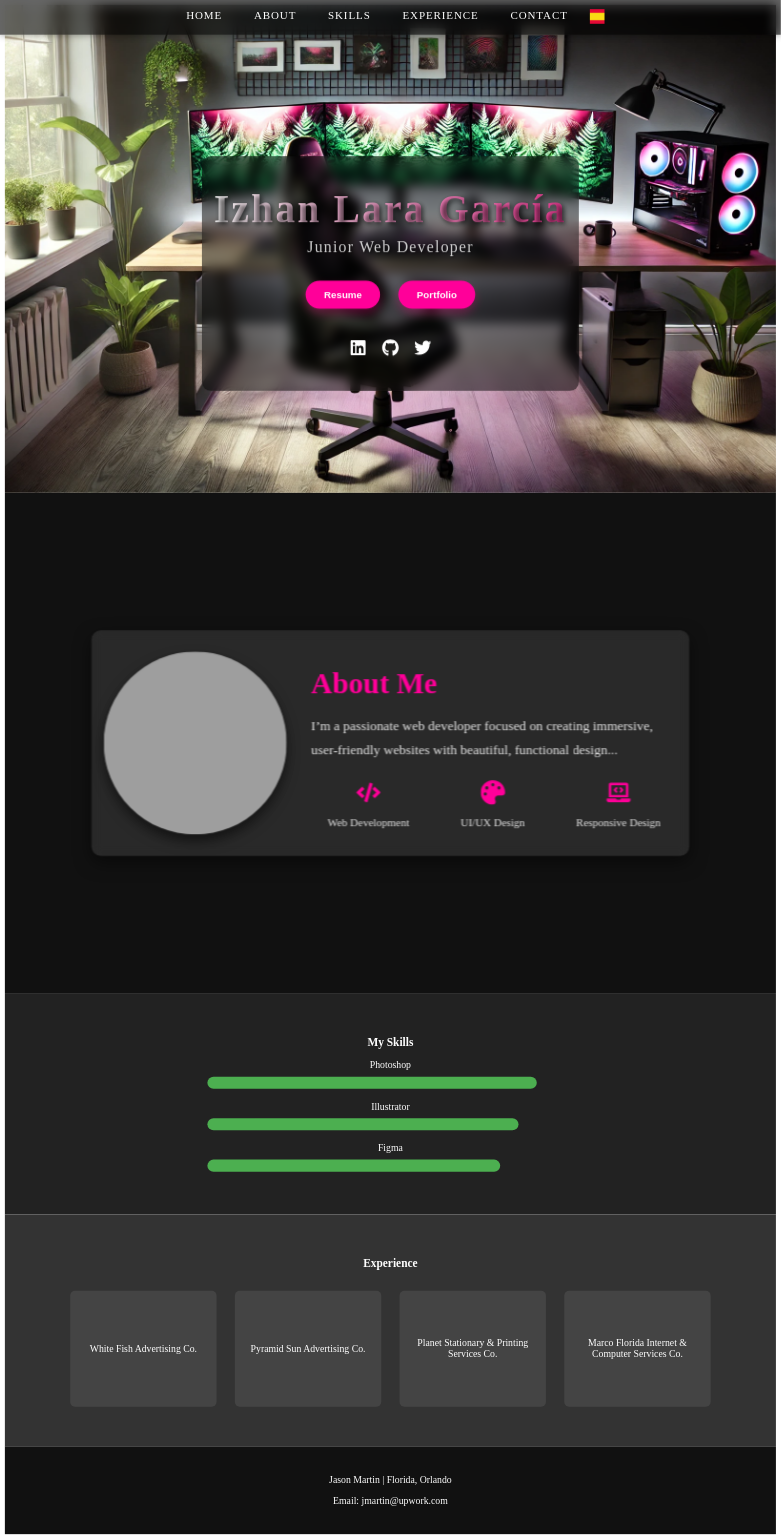
Repository: izhanlaraagarcia/izhanlaraagarcia.github.io
Page: / (app in vite-project/)
These files come from the project's save history. The page is drawn as it stood at one moment and after the next save; the edit follows.
The browser window is 1280 px wide. The pictures show the whole page, at 61% of full size.
Pictures or frames that could not be fetched are drawn as grey boxes. The project was rebuilt for these pictures with package versions that can differ from the ones it lists, and the page was loaded fresh each time. Also part of the build but not shown: vite-project/vite.config.js.

Above is the page before, as saved 2024-09-17 21:39:09.

### vite-project/index.html
<!doctype html>
<html lang="en">

<head>
  <meta charset="UTF-8" />
  <link rel="shortcut icon" href="./public/favicon.ico" type="image/x-icon">
  <meta name="viewport" content="width=device-width, initial-scale=1.0" />
  <title>IzzyLG</title>
</head>

<body>
  <div id="root"></div>
  <script type="module" src="/src/main.jsx"></script>
</body>

</html>

### vite-project/src/App.jsx
// App.js
import React from 'react';
import HeaderComponent from './components/HeaderComponent';
import AboutComponent from './components/AboutComponent';
import SkillsComponent from './components/SkillsComponent';
import ExperienceComponent from './components/ExperienceComponent';
import FooterComponent from './components/FooterComponent';
import { Link } from 'react-scroll';

function App() {
  return (
    <div className="App">
      {/* Menú de navegación fijo */}
      <HeaderComponent />
      <AboutComponent />
      <SkillsComponent />
      <ExperienceComponent />
      <FooterComponent />
    </div>
  );
}

export default App;

### vite-project/src/index.css
/* Estilos para el menú de navegación minimalista */
.nav {
  position: fixed;
  top: 0;
  width: 100%;
  background-color: rgba(0, 0, 0, 0.6); /* Fondo semitransparente */
  z-index: 1000;
  display: flex;
  justify-content: center;
  padding: 15px 0; /* Aumenta el padding para mayor espacio */
  box-shadow: 0 2px 10px rgba(0, 0, 0, 0.3); /* Sombra para mayor profundidad */
  backdrop-filter: blur(10px); /* Desenfoque de fondo */
  transition: background-color 0.3s ease; /* Transición para el fondo */
}

/* Lista de navegación */
.nav-list {
  display: flex;
  gap: 20px; /* Espacio entre los elementos */
  list-style: none;
  margin: 0;
  padding: 0;
}

/* Elementos del menú */
.nav-list li {
  font-size: 18px;
  text-transform: uppercase;
  font-weight: 500;
  letter-spacing: 1.5px;
}

/* Enlaces del menú */
.nav-list a {
  color: white;
  text-decoration: none;
  padding: 8px 16px;
  border-radius: 25px; /* Bordes redondeados */
  transition: background-color 0.3s, color 0.3s, transform 0.3s; /* Transiciones suaves */
  position: relative;
}

/* Efecto hover minimalista */
.nav-list a:hover {
  background-color: #f09; /* Color de fondo al pasar el ratón */
  color: white;
  transform: translateY(-3px); /* Movimiento sutil al hacer hover */
  box-shadow: 0 5px 15px rgba(240, 9, 123, 0.4); /* Sombra al hacer hover */
}

/* Botón de cambio de idioma minimalista */
.lang-btn-wrapper {
  display: flex;
  align-items: center;
}

.lang-btn {
  background-color: transparent;
  border: none;
  cursor: pointer;
  padding: 0;
}

.flag-icon {
  width: 24px;
  height: 24px;
  transition: transform 0.3s, opacity 0.3s;
}

.lang-btn:hover .flag-icon {
  transform: scale(1.1);
  opacity: 0.8;
}

/* Efecto de aparición al hacer scroll */
.nav.scrolled {
  background-color: rgba(0, 0, 0, 0.9); /* Color más oscuro al hacer scroll */
  box-shadow: 0 4px 15px rgba(0, 0, 0, 0.5); /* Mayor sombra al hacer scroll */
}

/* Contenido principal del header */
.header {
  height: 100vh;
  background-image: url('./assets/fondo1.webp');
  background-size: cover;
  background-position: center;
  display: flex;
  flex-direction: column;
  align-items: center;
  justify-content: center;
  color: white;
  position: relative;
  padding-top: 80px; /* Deja espacio para el menú fijo */
}
/* Contenido principal del header */
.header-content {
  backdrop-filter: blur(10px); /* Ajusta el valor del desenfoque */
  background-color: rgba(0, 0, 0, 0.5); /* Color de fondo con transparencia */
  padding: 20px;
  border-radius: 15px; /* Opcional: bordes redondeados */
  text-align: center;
  padding: 50px 20px;
}

.header-title {
  font-size: 64px;
  margin: 0;
  font-weight: 800;
  letter-spacing: 4px;
  text-shadow: 3px 3px 8px rgba(0, 0, 0, 0.7);
  color: #fff;
  background: linear-gradient(90deg, #ffffff, #fa3c9b);
  -webkit-background-clip: text;
  -webkit-text-fill-color: transparent;
}

.header-subtitle {
  font-size: 26px;
  margin-top: 10px;
  font-weight: 400;
  letter-spacing: 2px;
  color: rgba(255, 255, 255, 0.8);
  text-shadow: 2px 2px 4px rgba(0, 0, 0, 0.5);
}


.contact-btn:hover {
  background-color: #ff6bcb;
  transform: scale(1.05);
}

/* Botones del portafolio */
.header-buttons {
  margin-top: 40px;
}

.btn {
  background-color: #f09;
  color: white;
  padding: 14px 30px;
  border: none;
  cursor: pointer;
  margin: 0 15px;
  border-radius: 50px;
  font-size: 16px;
  font-weight: 600;
  transition: background-color 0.4s, transform 0.4s, box-shadow 0.3s;
  box-shadow: 0 8px 15px rgba(240, 9, 123, 0.3);
}

.btn:hover {
  background-color: #fff;
  color: #f09;
  transform: scale(1.05);
  box-shadow: 0 12px 20px rgba(240, 9, 123, 0.5);
}

/* Redes sociales minimalistas */
.social-icons {
  margin-top: 50px;
  display: flex;
  justify-content: center;
  gap: 25px;
}

.social-icons a {
  font-size: 28px;
  color: white;
  transition: color 0.4s, transform 0.3s;
}

.social-icons a:hover {
  color: #f09;
  transform: translateY(-5px);
}


/* About */
/* About */
.about {
  display: flex;
  justify-content: center;
  align-items: center;
  padding: 50px;
  background-color: #111; /* Fondo oscuro */
  color: white;
  min-height: 100vh;
  position: relative;
}

.about-content {
  display: flex;
  align-items: center;
  gap: 40px;
  padding: 20px;
  border-radius: 15px; /* Bordes redondeados */
  box-shadow: 0px 10px 30px rgba(0, 0, 0, 0.5); /* Sombra del contenedor */
  background: rgba(255, 255, 255, 0.1); /* Fondo translúcido */
  backdrop-filter: blur(10px); /* Efecto de desenfoque */
}

.profile-image {
  width: 300px;
  height: 300px;
  border-radius: 50%;
  box-shadow: 0 10px 20px rgba(0, 0, 0, 0.5); /* Sombra alrededor de la imagen */
  cursor: pointer;
  transition: transform 0.3s ease, box-shadow 0.3s ease;
}

.about-text {
  max-width: 600px;
  text-align: left;
}

.about-text h2 {
  font-size: 48px;
  font-weight: 900;
  margin-bottom: 20px;
  color: #f09;
}

.about-text p {
  font-size: 22px;
  line-height: 1.8;
  color: rgba(255, 255, 255, 0.9);
}

.about-icons {
  display: flex;
  justify-content: space-around;
  margin-top: 30px;
  gap: 30px;
}

.about-icons div {
  text-align: center;
  color: white;
}

.about-icons p {
  font-size: 18px;
  margin-top: 10px;
}

/* Hover en la imagen de perfil */
.profile-image:hover {
  transform: scale(1.1);
  box-shadow: 0 15px 25px rgba(0, 0, 0, 0.7);
}


/* Skills */
.skills {
  background-color: #222;
  color: white;
  text-align: center;
  padding: 50px 20px;
}

.skill-bars {
  display: flex;
  flex-direction: column;
  align-items: center;
}

.skill {
  margin-bottom: 20px;
  width: 80%;
  max-width: 600px;
}

.skill .bar {
  height: 20px;
  background-color: #4caf50;
  border-radius: 10px;
  margin-top: 10px;
  transition: width 0.5s ease-in-out;
}


/* Experience */
.experience {
  background-color: #333;
  color: white;
  text-align: center;
  padding: 50px 20px;
}

.experience-cards {
  display: flex;
  justify-content: center;
  flex-wrap: wrap;
}

.card {
  background-color: #444;
  margin: 15px;
  padding: 20px;
  border-radius: 8px;
  width: 200px;
  height: 150px;
  display: flex;
  align-items: center;
  justify-content: center;
  transition: transform 0.3s;
}

/* Footer */
.footer {
  background-color: #111;
  color: white;
  text-align: center;
  padding: 30px 0;
}

### vite-project/src/components/HeaderComponent.jsx
import React, { useState } from 'react';
import { motion } from 'framer-motion';
import { Link } from 'react-scroll';
import { FaLinkedin, FaGithub, FaTwitter } from 'react-icons/fa';
import USFlag from '../assets/us-flag.png';  // Ruta de la bandera de EE. UU.
import ESFlag from '../assets/es-flag.png';  // Ruta de la bandera de España

const HeaderComponent = () => {
  const [language, setLanguage] = useState('en');

  const translations = {
    en: {
      name: "Izhan Lara García",
      title: "Junior Web Developer",
      resume: "Resume",
      portfolio: "Portfolio",
      menu: {
        home: "Home",
        about: "About",
        skills: "Skills",
        experience: "Experience",
        contact: "Contact",
      },
    },
    es: {
      name: "Izhan Lara García",
      title: "Desarrollador Web Junior",
      resume: "Currículum",
      portfolio: "Portafolio",
      menu: {
        home: "Inicio",
        about: "Sobre mí",
        skills: "Habilidades",
        experience: "Experiencia",
        contact: "Contacto",
      },
    },
  };

  const toggleLanguage = () => {
    setLanguage((prevLang) => (prevLang === 'en' ? 'es' : 'en'));
  };

  // Cambiar el color del menú al hacer scroll
window.addEventListener('scroll', function() {
  const nav = document.querySelector('.nav');
  if (window.scrollY > 50) {
    nav.classList.add('scrolled');
  } else {
    nav.classList.remove('scrolled');
  }
});


  return (
    <header className="header" id="header">
      <nav className="nav">
        <ul className="nav-list">
          <li><Link to="header" smooth={true}>{translations[language].menu.home}</Link></li>
          <li><Link to="about" smooth={true}>{translations[language].menu.about}</Link></li>
          <li><Link to="skills" smooth={true}>{translations[language].menu.skills}</Link></li>
          <li><Link to="experience" smooth={true}>{translations[language].menu.experience}</Link></li>
          <li><Link to="footer" smooth={true} className="contact-btn">{translations[language].menu.contact}</Link></li>

          {/* Botón de cambio de idioma con banderas */}
          <li className="lang-btn-wrapper">
            <button className="lang-btn" onClick={toggleLanguage}>
              {language === 'en' ? (
                <img src={ESFlag} alt="Spanish Flag" className="flag-icon" />
              ) : (
                <img src={USFlag} alt="US Flag" className="flag-icon" />
              )}
            </button>
          </li>
        </ul>
      </nav>

      <motion.div
        className="header-content"
        initial={{ opacity: 0 }}
        animate={{ opacity: 1 }}
        transition={{ duration: 1.5 }}
      >
        <motion.h1
          className="header-title"
          initial={{ scale: 0, y: -100 }}
          animate={{ scale: [1.2, 1], y: 0 }}
          transition={{ duration: 1, ease: "easeOut" }}
          whileHover={{ scale: 1.05, color: "#f09" }}
        >
          {translations[language].name}
        </motion.h1>

        <p className="header-subtitle">
          {translations[language].title}
        </p>

        <div className="header-buttons">
          <motion.button whileHover={{ scale: 1.1 }} className="btn">
            {translations[language].resume}
          </motion.button>
          <motion.button whileHover={{ scale: 1.1 }} className="btn">
            {translations[language].portfolio}
          </motion.button>
        </div>

        <div className="social-icons">
          <motion.a href="https://linkedin.com" target="_blank" whileHover={{ scale: 1.1 }}><FaLinkedin /></motion.a>
          <motion.a href="https://github.com" target="_blank" whileHover={{ scale: 1.1 }}><FaGithub /></motion.a>
          <motion.a href="https://twitter.com" target="_blank" whileHover={{ scale: 1.1 }}><FaTwitter /></motion.a>
        </div>
      </motion.div>
    </header>
  );
};

export default HeaderComponent;

### vite-project/src/components/AboutComponent.jsx
// AboutComponent.js
import React from 'react';
import { motion } from 'framer-motion';
import { FaCode, FaPalette, FaLaptopCode } from 'react-icons/fa';
import Particles from "react-tsparticles"; // Efecto de partículas en el fondo
import { loadFull } from "tsparticles"; // Para cargar el preset de partículas

const AboutComponent = () => {
  const particlesInit = async (main) => {
    await loadFull(main);
  };

  return (
    <section id="about" className="about">
      <div className="about-content">
        <motion.img
          src="C:\Users\izhan\OneDrive\Escritorio\testapp\vite-project\src\assets\IMG_0972.JPEG"
          alt="Profile"
          className="profile-image"
          initial={{ opacity: 0, x: -100 }}
          whileInView={{ opacity: 1, x: 0 }}
          transition={{ duration: 1, type: "spring" }}
          whileHover={{ scale: 1.1, rotate: 5 }} // Mejor hover en imagen
        />
        <motion.div
          className="about-text"
          initial={{ opacity: 0, x: 100 }}
          whileInView={{ opacity: 1, x: 0 }}
          transition={{ duration: 1, delay: 0.3 }}
        >
          <motion.h2
            initial={{ opacity: 0, y: 20 }}
            whileInView={{ opacity: 1, y: 0 }}
            transition={{ duration: 1, delay: 0.2 }}
            className="about-heading"
          >
            About Me
          </motion.h2>
          <motion.p
            initial={{ opacity: 0, y: 20 }}
            whileInView={{ opacity: 1, y: 0 }}
            transition={{ duration: 1, delay: 0.4 }}
            className="about-description"
          >
            I’m a passionate web developer focused on creating immersive, user-friendly websites with beautiful, functional design...
          </motion.p>

          {/* Sección de habilidades con íconos */}
          <div className="about-icons">
            <motion.div
              whileHover={{ scale: 1.2, rotate: -5 }}
              transition={{ duration: 0.3 }}
            >
              <FaCode size={40} color="#f09" />
              <p>Web Development</p>
            </motion.div>
            <motion.div
              whileHover={{ scale: 1.2, rotate: -5 }}
              transition={{ duration: 0.3 }}
            >
              <FaPalette size={40} color="#f09" />
              <p>UI/UX Design</p>
            </motion.div>
            <motion.div
              whileHover={{ scale: 1.2, rotate: -5 }}
              transition={{ duration: 0.3 }}
            >
              <FaLaptopCode size={40} color="#f09" />
              <p>Responsive Design</p>
            </motion.div>
          </div>
        </motion.div>
      </div>
    </section>
  );
};

export default AboutComponent;

### vite-project/src/components/SkillsComponent.jsx
// SkillsComponent.js
import React from 'react';
import { motion } from 'framer-motion';

const skills = [
  { name: 'Photoshop', level: '90%' },
  { name: 'Illustrator', level: '85%' },
  { name: 'Figma', level: '80%' },
];

const SkillsComponent = () => {
  return (
    <section id="skills" className="skills">
      <h3>My Skills</h3>
      <div className="skill-bars">
        {skills.map((skill, idx) => (
          <div key={idx} className="skill">
            <span>{skill.name}</span>
            <motion.div
              className="bar"
              initial={{ width: '0%' }}
              whileInView={{ width: skill.level }}
              transition={{ duration: 1.5 }}
            />
          </div>
        ))}
      </div>
    </section>
  );
};

export default SkillsComponent;

### vite-project/src/components/ExperienceComponent.jsx
// ExperienceComponent.js
import React from 'react';
import { motion } from 'framer-motion';

const experiences = [
  'White Fish Advertising Co.',
  'Pyramid Sun Advertising Co.',
  'Planet Stationary & Printing Services Co.',
  'Marco Florida Internet & Computer Services Co.',
];

const ExperienceComponent = () => {
  return (
    <section id="experience" className="experience">
      <h3>Experience</h3>
      <div className="experience-cards">
        {experiences.map((experience, idx) => (
          <motion.div
            key={idx}
            className="card"
            whileHover={{ scale: 1.1 }}
            transition={{ duration: 0.3 }}
          >
            {experience}
          </motion.div>
        ))}
      </div>
    </section>
  );
};

export default ExperienceComponent;

### vite-project/src/components/FooterComponent.jsx
// FooterComponent.js
import React from 'react';
import { motion } from 'framer-motion';

const FooterComponent = () => {
  return (
    <motion.footer
      id="footer"
      className="footer"
      initial={{ opacity: 0 }}
      whileInView={{ opacity: 1 }}
      transition={{ duration: 1 }}
    >
      <p>Jason Martin | Florida, Orlando</p>
      <p>Email: jmartin@upwork.com</p>
    </motion.footer>
  );
};

export default FooterComponent;

Loaded but not shown: vite-project/src/main.jsx (common file)

After the next save:
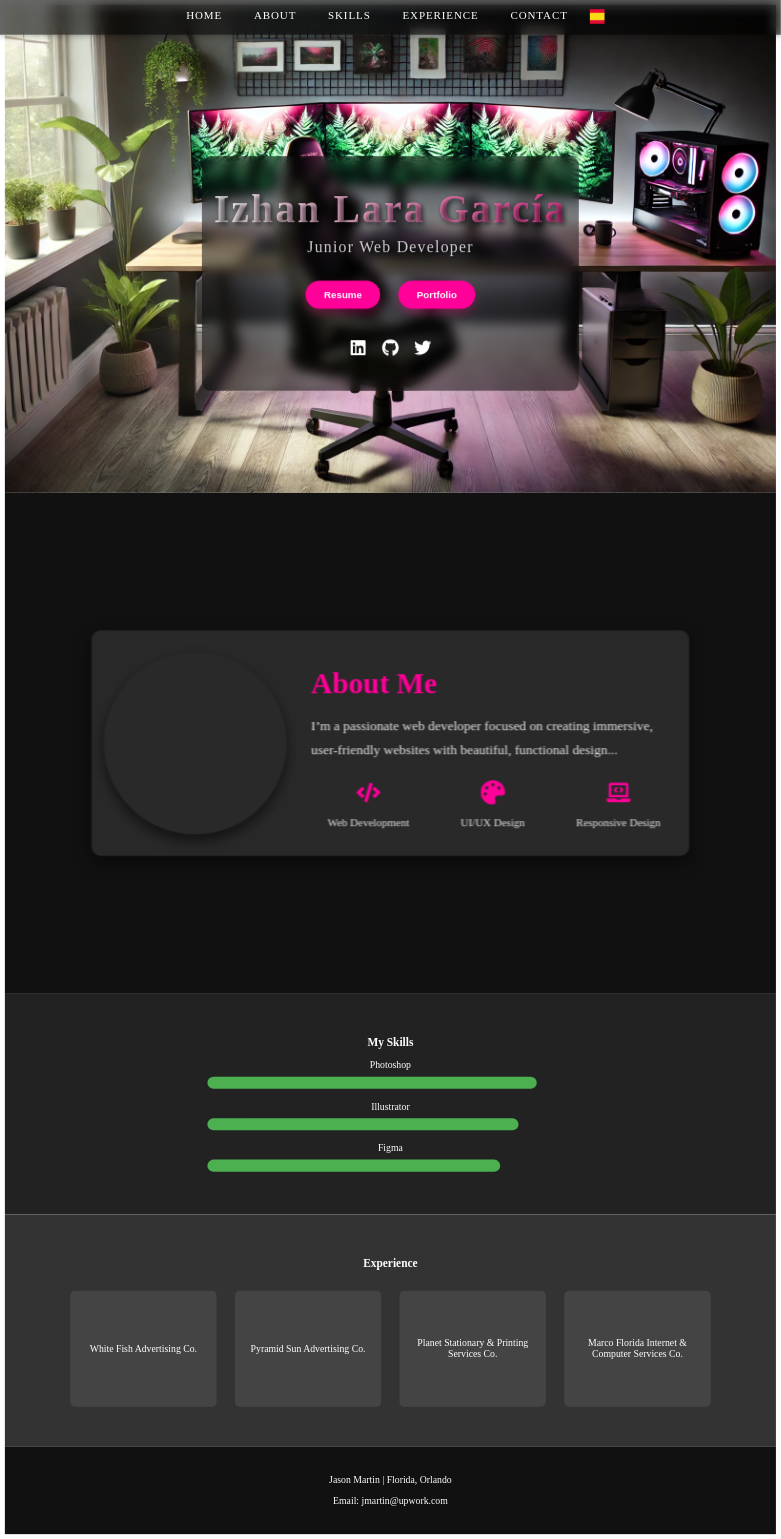
Not found: assets/IMG_0972.JPEG
Saved 24 s later.
--- a/vite-project/src/components/AboutComponent.jsx
+++ b/vite-project/src/components/AboutComponent.jsx
@@ -14,7 +14,7 @@ const AboutComponent = () => {
     <section id="about" className="about">
       <div className="about-content">
         <motion.img
-          src="C:\Users\izhan\OneDrive\Escritorio\testapp\vite-project\src\assets\IMG_0972.JPEG"
+          src="../assets/IMG_0972.JPEG"
           alt="Profile"
           className="profile-image"
           initial={{ opacity: 0, x: -100 }}
